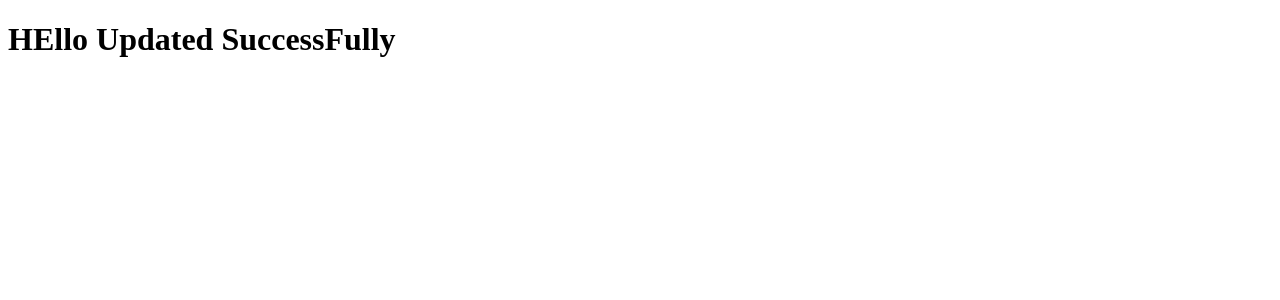
Repository: gadgeswapnil11/Vaulty
Page: http://localhost/ServeletCRUDOprations/UpdateSuccessFully.jsp
The author's editor kept a copy of each file at every save. The page is drawn from the files as they stood at one save, then again after the next save.
The browser window is 1280 px wide. The pictures show the whole page.
The page is served by Tomcat 9. Other server files are loaded and not shown.

Above is the page before, as saved 2023-12-20 12:38:33.

### ServeletCRUDOprations/src/main/webapp/UpdateSuccessFully.jsp
<%@ page language="java" contentType="text/html; charset=UTF-8"
    pageEncoding="UTF-8"%>
<!DOCTYPE html>
<html>
<head>
<meta charset="UTF-8">
<title>Insert title here</title>
</head>
<body>
<h1> HEllo Updated SuccessFully</h1>
</body>
</html>

After the next save:
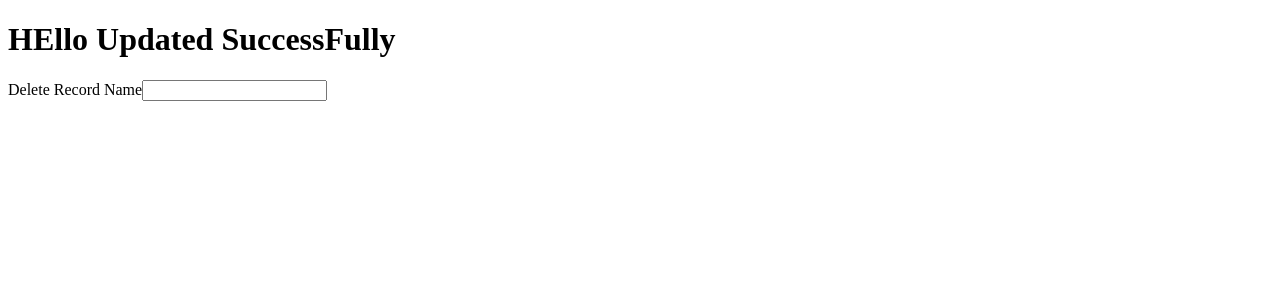
Saved 2 min 9 s later.
--- a/ServeletCRUDOprations/src/main/webapp/UpdateSuccessFully.jsp
+++ b/ServeletCRUDOprations/src/main/webapp/UpdateSuccessFully.jsp
@@ -1,5 +1,5 @@
 <%@ page language="java" contentType="text/html; charset=UTF-8"
-    pageEncoding="UTF-8"%>
+	pageEncoding="UTF-8"%>
 <!DOCTYPE html>
 <html>
 <head>
@@ -7,6 +7,12 @@
 <title>Insert title here</title>
 </head>
 <body>
-<h1> HEllo Updated SuccessFully</h1>
+	<h1>HEllo Updated SuccessFully</h1>
+
+
+	<form>
+
+		Delete Record Name<input type="text" name="name">
+	</form>
 </body>
 </html>
